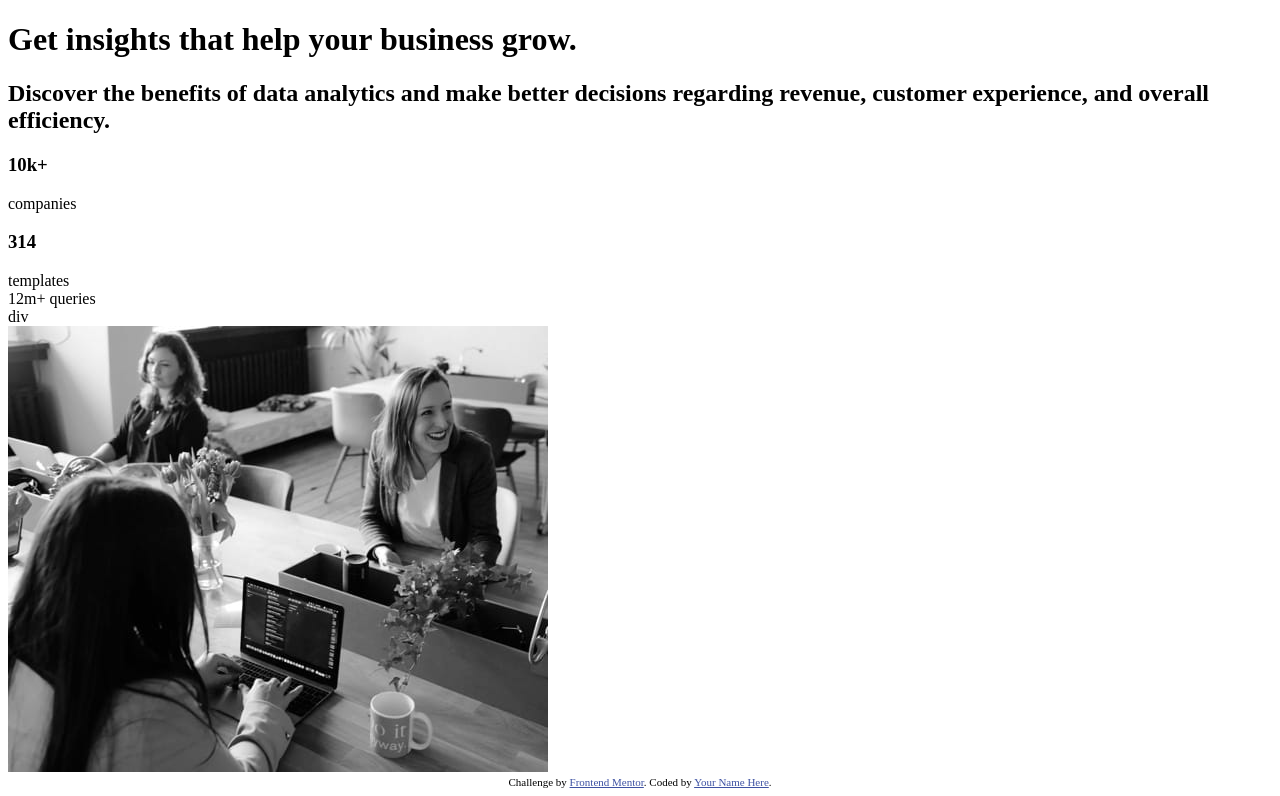
Repository: Achorn/stats-preview-card
Page: index.html
The author's editor kept a copy of each file at every save. The page is drawn from the files as they stood at one save, then again after the next save.
The browser window is 1280 px wide. The pictures show the whole page.

Above is the page before, as saved 2021-06-16 15:31:48.

### index.html
<!DOCTYPE html>
<html lang="en">
  <head>
    <meta charset="UTF-8" />
    <meta name="viewport" content="width=device-width, initial-scale=1.0" />
    <!-- displays site properly based on user's device -->

    <link
      rel="icon"
      type="image/png"
      sizes="32x32"
      href="./images/favicon-32x32.png"
    />

    <title>Frontend Mentor | Stats preview card component</title>

    <!-- Feel free to remove these styles or customise in your own stylesheet 👍 -->
    <style>
      .attribution {
        font-size: 11px;
        text-align: center;
      }
      .attribution a {
        color: hsl(228, 45%, 44%);
      }
    </style>
  </head>
  <body>
    <div id="card-container">
      <div id="text-container">
        <div id="title-container">
          <h1>Get insights that help your business grow.</h1>
          <h2>
            Discover the benefits of data analytics and make better decisions
            regarding revenue, customer experience, and overall efficiency.
          </h2>
        </div>

        <div id="desc-container">
          <div id="desc">
            <h3>10k+</h3>
            companies
          </div>
          <div id="desc">
            <h3>314</h3>
            templates
          </div>
          <div id="desc">12m+ queries</div>
          div
        </div>
      </div>
      <img src="/images/image-header-desktop.jpg" alt="" />
    </div>
    <div class="attribution">
      Challenge by
      <a href="https://www.frontendmentor.io?ref=challenge" target="_blank"
        >Frontend Mentor</a
      >. Coded by <a href="#">Your Name Here</a>.
    </div>
  </body>
</html>

After the next save:
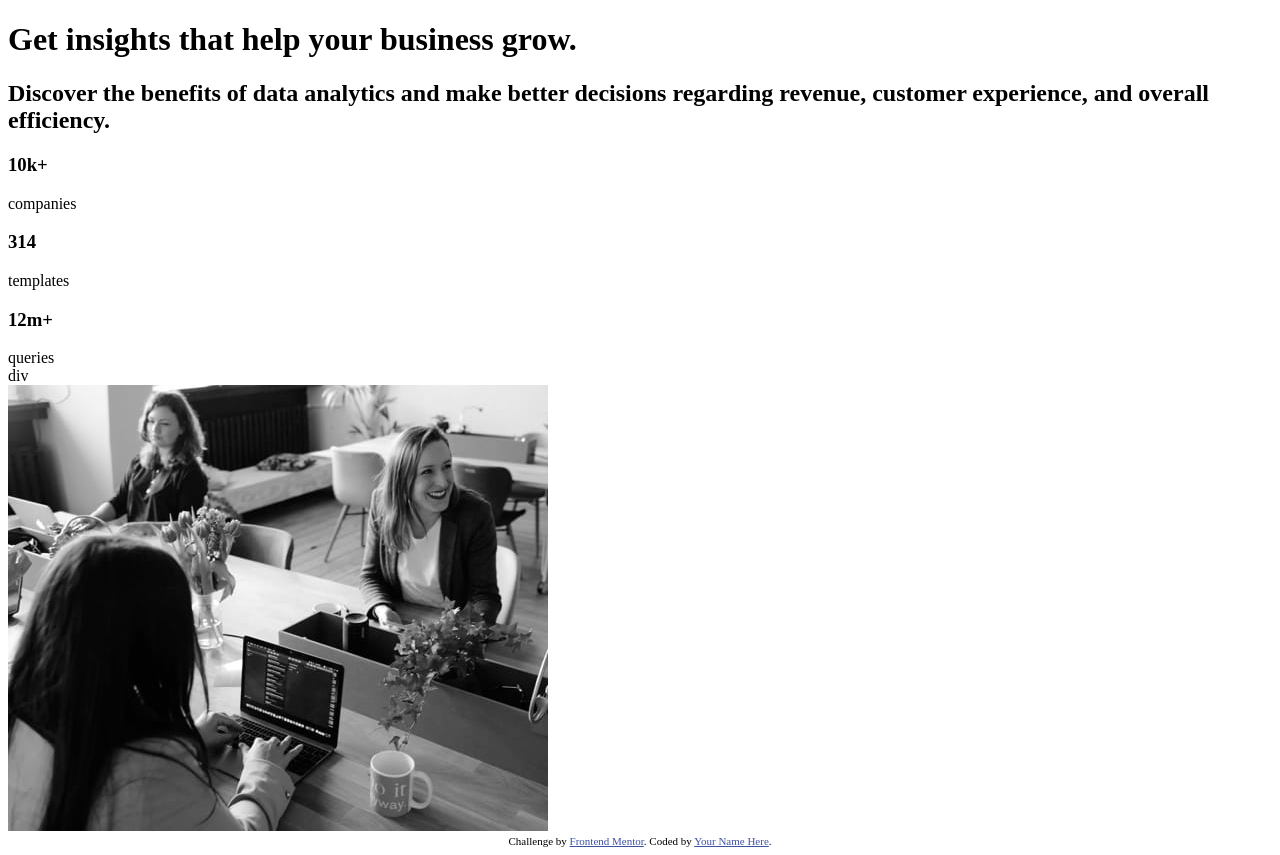
Saved 14 s later.
--- a/index.html
+++ b/index.html
@@ -45,7 +45,10 @@
             <h3>314</h3>
             templates
           </div>
-          <div id="desc">12m+ queries</div>
+          <div id="desc">
+            <h3>12m+</h3>
+            queries
+          </div>
           div
         </div>
       </div>
